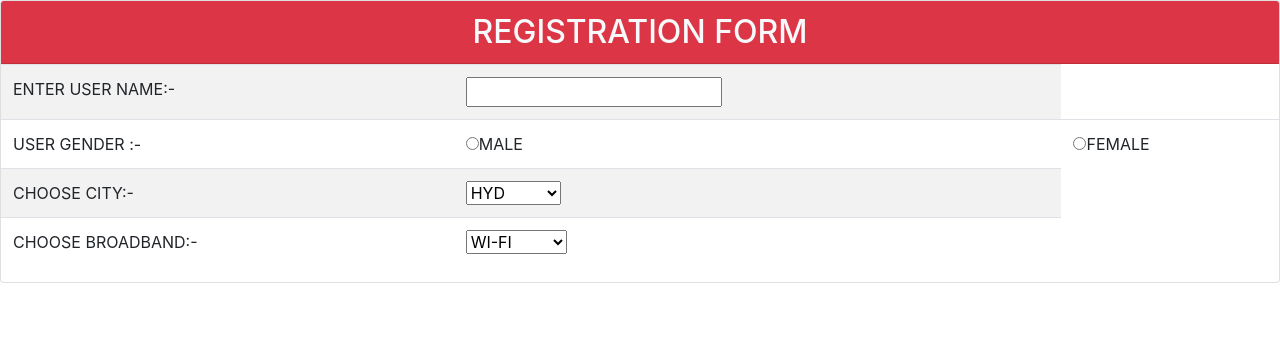
Repository: REDDI-BHARGAV/project
Page: PROJECT/src/main/webapp/src/main/webapp/WEB-INF/form.html
These files come from the project's save history. The page is drawn as it stood at one moment and after the next save; the edit follows.
The browser window is 1280 px wide. The pictures show the whole page.

Above is the page before, as saved 2022-07-26 07:10:34.

### PROJECT/src/main/webapp/src/main/webapp/WEB-INF/form.html
<!DOCTYPE html>
<html>
<head>
<meta charset="ISO-8859-1">
<title>Insert title here</title>
<link rel="stylesheet"
	href="https://cdn.jsdelivr.net/npm/bootstrap@4.0.0/dist/css/bootstrap.min.css"
	integrity="sha384-Gn5384xqQ1aoWXA+058RXPxPg6fy4IWvTNh0E263XmFcJlSAwiGgFAW/dAiS6JXm"
	crossorigin="anonymous">
</head>
<body class = "cotainer-fluid">
	<div class ="card">
	<form action="">
		<table class="table table-hover table-striped">
		<h2 class="card-header text-center bg-danger text-light">REGISTRATION FORM</h2>
			<tr>
				<td>ENTER USER NAME:-</td>
				<td><input type="text" name=" name "></td>
			</tr>
			<tr>
				<td>USER GENDER :-</td>
				<td><input type="radio" name=" GENDER " value="MALE">MALE</td>
				<td><input type="radio" name=" GENDER" value="FEMALE">FEMALE</td>
			</tr>
			<tr>
				<td>CHOOSE CITY:-</td>
				<td><select name="location">
						<option value="hyd ">HYD</option>
						<option value="chn ">CHENNAI</option>
						<option value="pune ">PUNE</option>
						<option value="mbm ">MUMBAI</option>
				</select></td>
			</tr>
			<tr>
				<td>CHOOSE BROADBAND:-</td>
				<td><select name="broadband">
						<option value="wifi ">WI-FI</option>
						<option value="chn ">INTERNET</option>
						<option value="pune ">HOTSPOT</option>
				</select></td>
			</tr>



		</table>

	</form>

	</div>

</body>
</html>

After the next save:
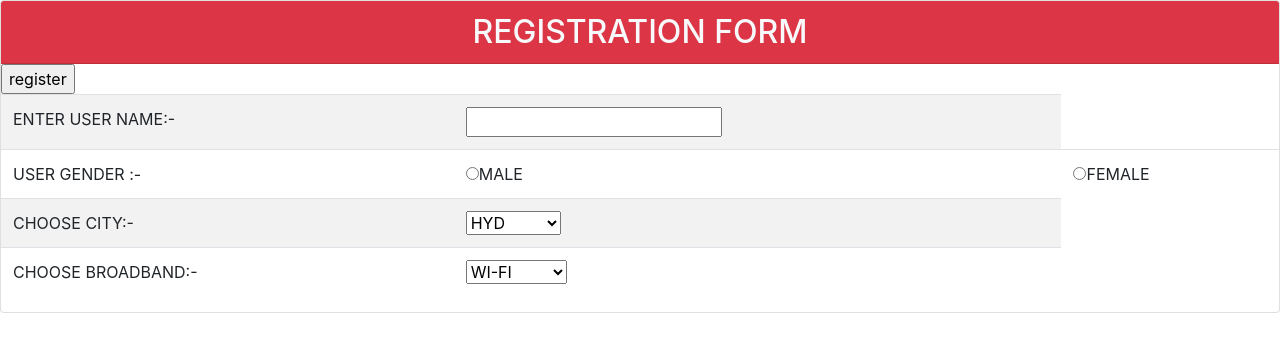
Saved 102 s later.
--- a/PROJECT/src/main/webapp/src/main/webapp/WEB-INF/form.html
+++ b/PROJECT/src/main/webapp/src/main/webapp/WEB-INF/form.html
@@ -10,7 +10,7 @@
 </head>
 <body class = "cotainer-fluid">
 	<div class ="card">
-	<form action="">
+	<form action="register" method="post">
 		<table class="table table-hover table-striped">
 		<h2 class="card-header text-center bg-danger text-light">REGISTRATION FORM</h2>
 			<tr>
@@ -39,6 +39,10 @@
 						<option value="pune ">HOTSPOT</option>
 				</select></td>
 			</tr>
+			<tr>
+			<input type="submit" value="register">
+
+			</tr>
 
 
 
